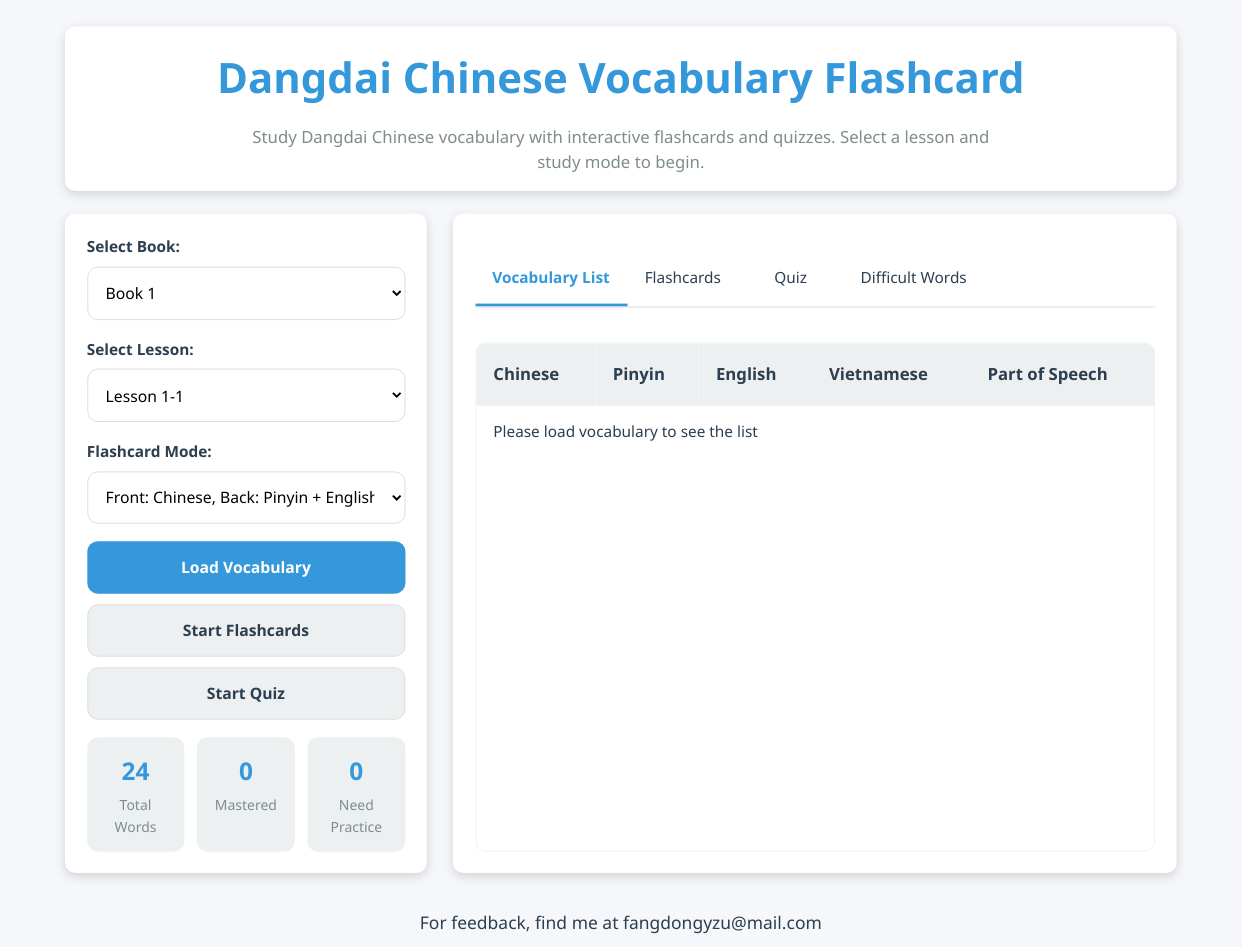
Repository: fangdongyzu/dangdaiflashcards
Page: index.html
These files come from the project's save history. The page is drawn as it stood at one moment and after the next save; the edit follows.
The browser window is 1280 px wide. The pictures show the whole page, at 97% of full size.

Above is the page before, as saved 2025-11-05 08:11:20.

After the next save:
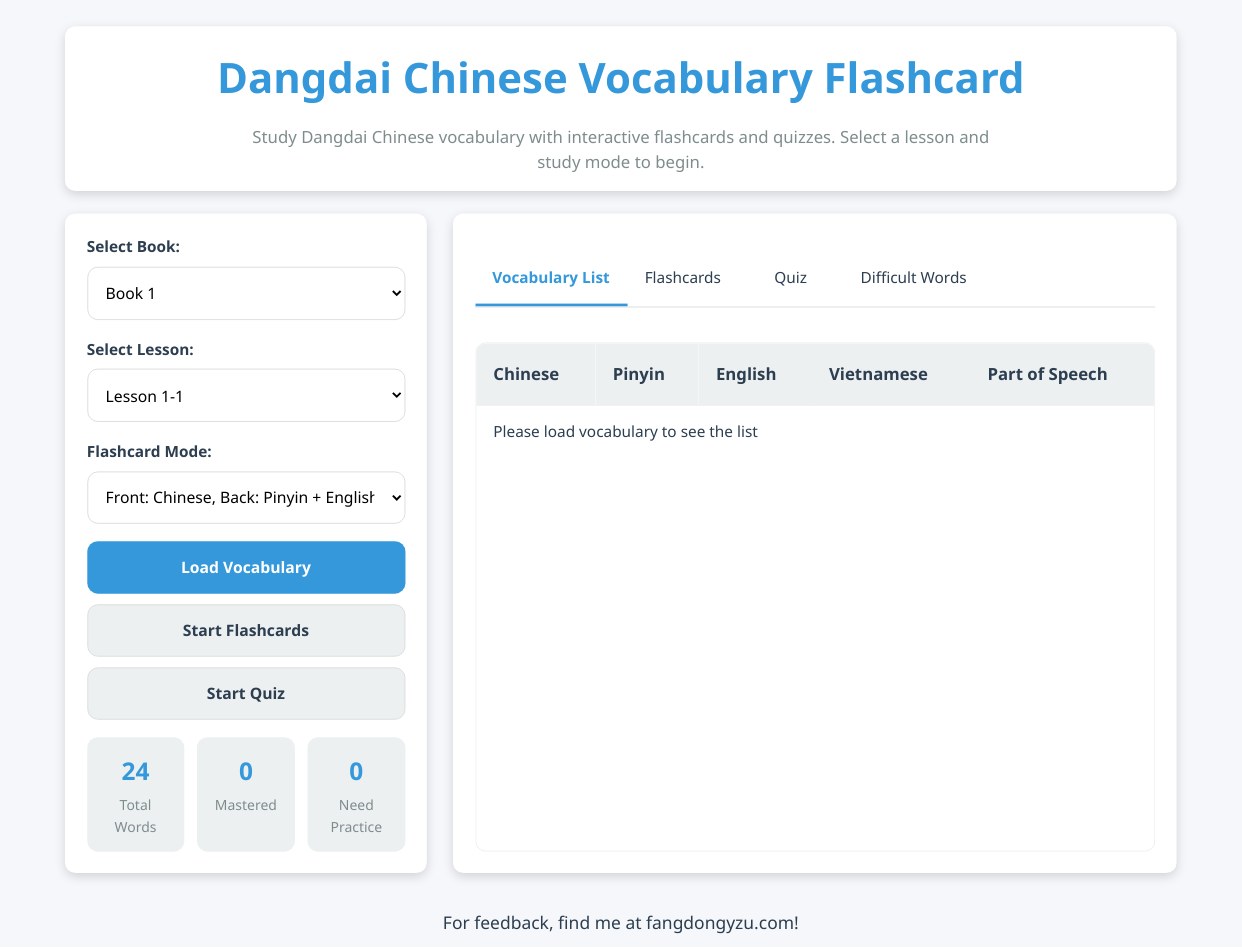
Saved 21 s later.
--- a/index.html
+++ b/index.html
@@ -222,8 +222,8 @@
 
     <script src="script.js"></script>
 </body>
-<footer style="text-align: center; padding: 10px 0;">
-    For feedback, find me at <a href="https://fangdongyzu.com" target="_blank">fangdongyzu@mail.com</a>
+<footer>
+  For feedback, find me at <a href="https://fangdongyzu.com" target="_blank">fangdongyzu.com</a>!
 </footer>
 
 </html>
